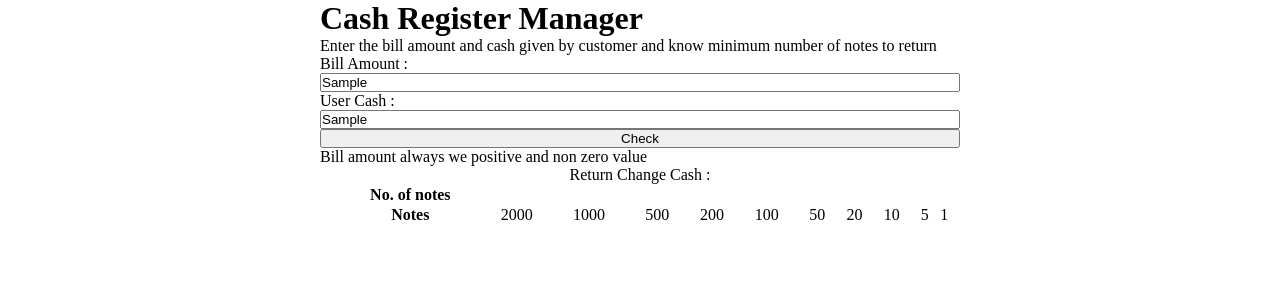
Repository: patelamancode/Cash-register-manager-app
Page: index.html
These files come from the project's save history. The page is drawn as it stood at one moment and after the next save; the edit follows.
The browser window is 1280 px wide. The pictures show the whole page.
Empty fields were first filled with sample values (such as "Sample", 5 or name@example.com).
After loading, the first visible `button.check-btn` was clicked once.

Above is the page before, as saved 2022-11-16 16:58:16.

After the next save:
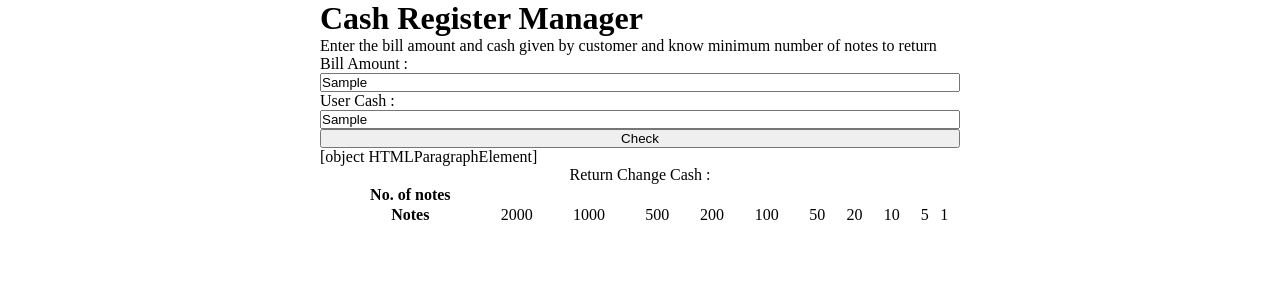
Saved 2 min 58 s later.
--- a/index.js
+++ b/index.js
@@ -21,5 +21,6 @@ checkButton.addEventListener('click', function amountValidation(){
     }
     else{
         errorMessage.style.display = "block";
+        errorMessage.innerText = errorMessage;
     }
 })
